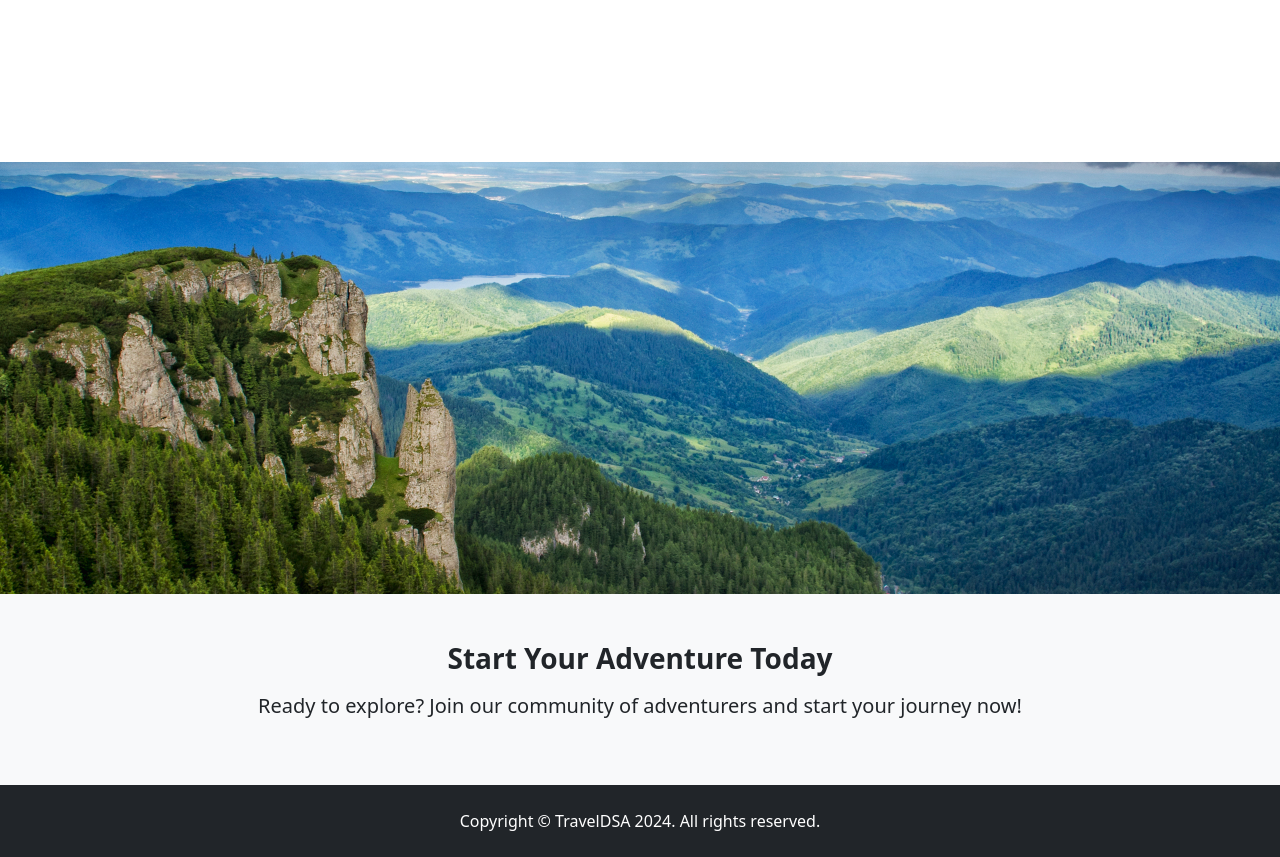
Repository: bettowww/TravelDSA
Page: /home
The author's editor kept a copy of each file at every save. The page is drawn from the files as they stood at one save, then again after the next save.
The browser window is 1280 px wide. The pictures show the whole page.
The project was rebuilt for these pictures with package versions that can differ from the ones it lists, and the page was loaded fresh each time. The framework's server and built-in components were replaced by stand-ins that run in the browser. Also part of the build but not shown: next.config.mjs.

Above is the page before, as saved 2024-12-10 14:03:29.

### app/home/page.jsx
"use client";

// import React, { useState } from "react";
// import { useRouter } from "next/navigation";

import "../../styles/home.css"; // Importă stilurile CSS
import "bootstrap/dist/css/bootstrap.min.css"; // Import Bootstrap CSS

const HomePage = () => {
  // const router = useRouter(); // Pentru navigare

  return (
    <div>
      {/* Header Section */}
      <header>
        <div className="text-center my-5">
          <h1 className="text-white fs-3 fw-bolder">
            Welcome to TravelDSA
          </h1>
          <p className="text-white-50 mb-0">
            Your trusted travel companion for exploring the world.
          </p>
        </div>
      </header>

      {/*Picture section */}
      <section
        style={{
          backgroundImage: `url("/pictures/homepage.jpg")`,
          backgroundSize: "cover",
          backgroundPosition: "center",
          backgroundRepeat: "no-repeat",
          minHeight: "60vh", // Ensure the section spans at least the full height of the viewport
        }}
      >
      </section>


      {/* Call to Action Section */}
      <section className="py-5 bg-light">
        <div className="container text-center">
          <h3 className="fw-bold mb-3">Start Your Adventure Today</h3>
          <p className="lead">
            Ready to explore? Join our community of adventurers and start your
            journey now!
          </p>
        </div>
      </section>

      {/* Footer */}
      <footer className="py-4 bg-dark">
        <div className="container">
          <p className="m-0 text-center text-white">
            Copyright &copy; TravelDSA 2024. All rights reserved.
          </p>
        </div>
      </footer>
    </div>
  );
};

export default HomePage;

Loaded but not shown: styles/home.css (library)

After the next save:
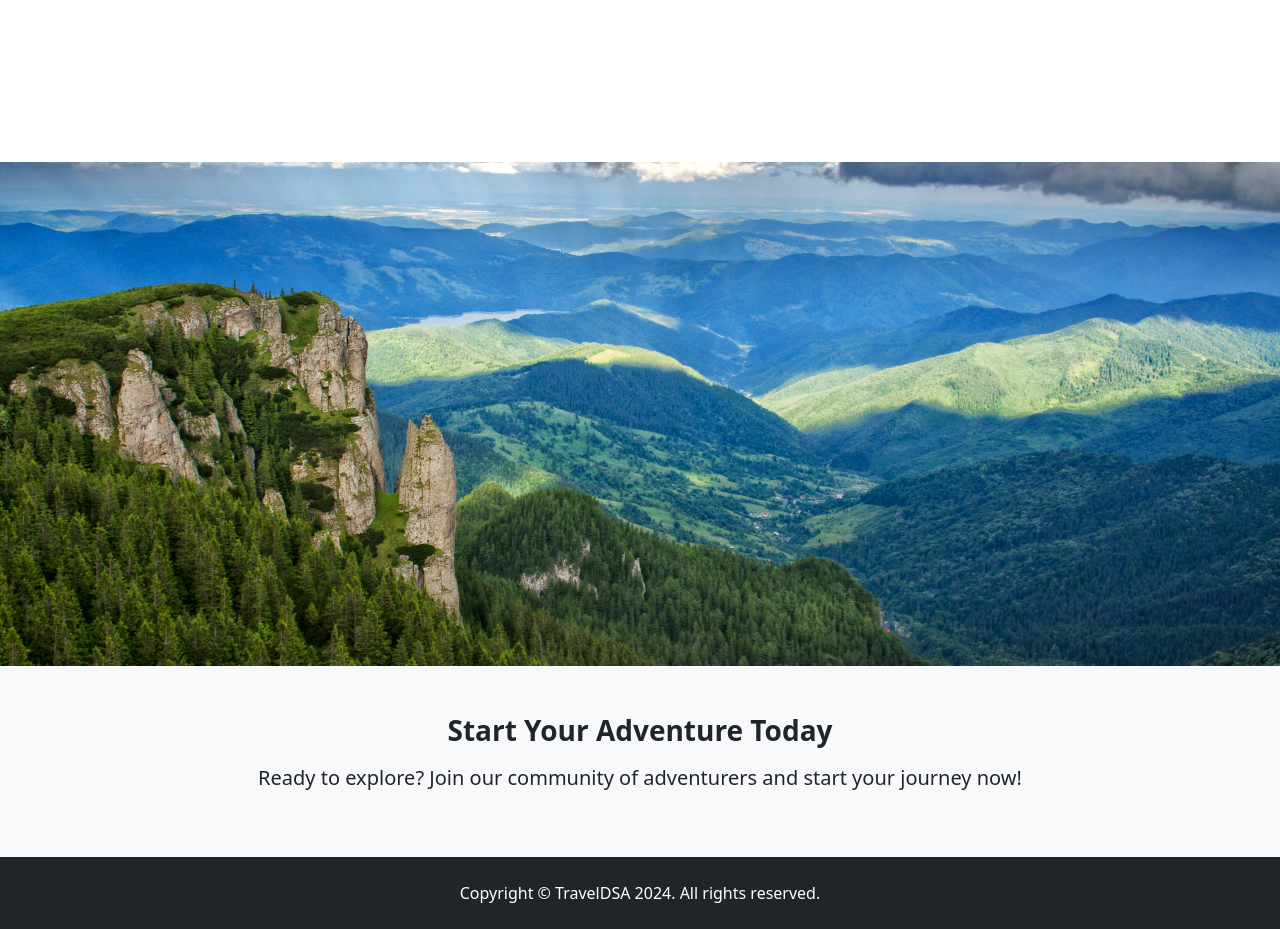
Saved 6 s later.
--- a/app/home/page.jsx
+++ b/app/home/page.jsx
@@ -30,7 +30,7 @@ const HomePage = () => {
           backgroundSize: "cover",
           backgroundPosition: "center",
           backgroundRepeat: "no-repeat",
-          minHeight: "60vh", // Ensure the section spans at least the full height of the viewport
+          minHeight: "70vh", // Ensure the section spans at least the full height of the viewport
         }}
       >
       </section>
